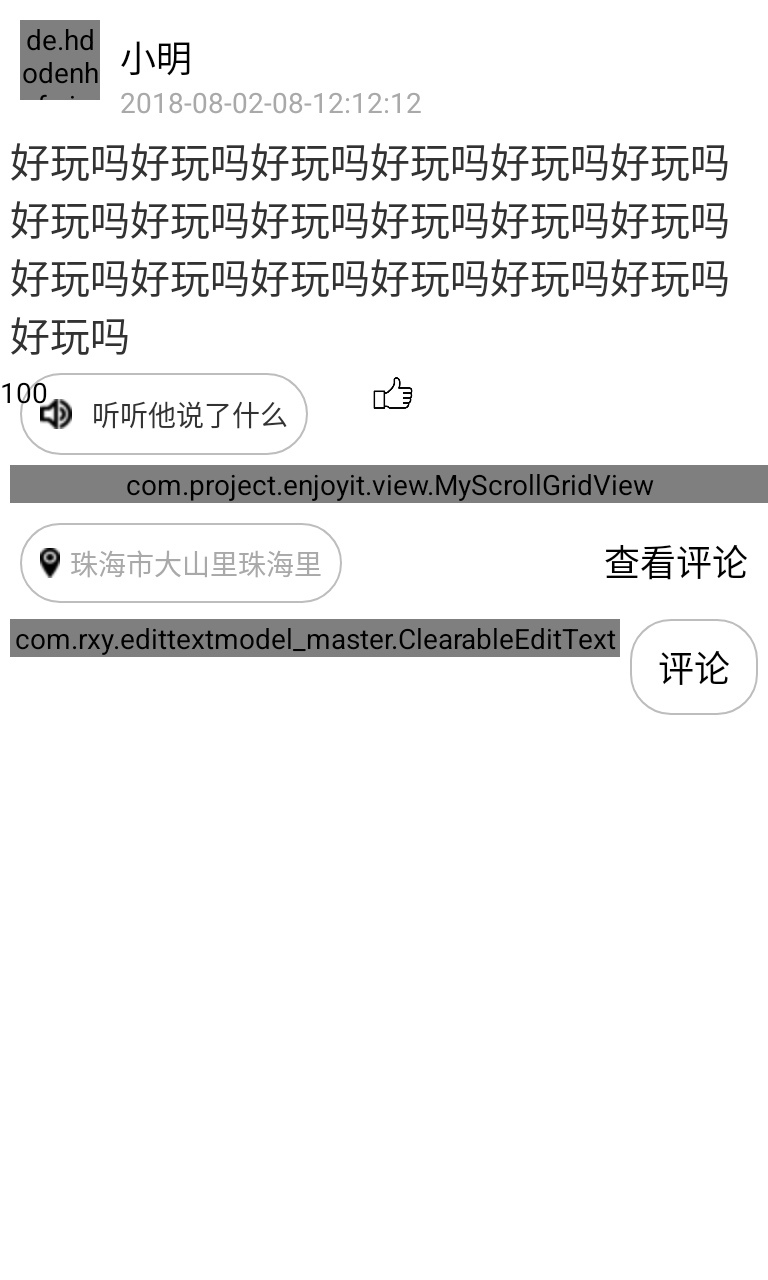
Repository: fatio/Nower
Layout: Android_Client_Source/EnjoyIt/res/layout/shows_list_item.xml
The author's editor kept a copy of each file at every save. The layout is drawn from the files as they stood at one save, then again after the next save.
Pictures or frames that could not be fetched are drawn as grey boxes. It is drawn on a 768 x 1280 px phone screen (xhdpi) without system bars, with theme AppTheme; the app's code is not run.

Above is the layout before, as saved 2015-12-27 07:36:25.

After the next save:
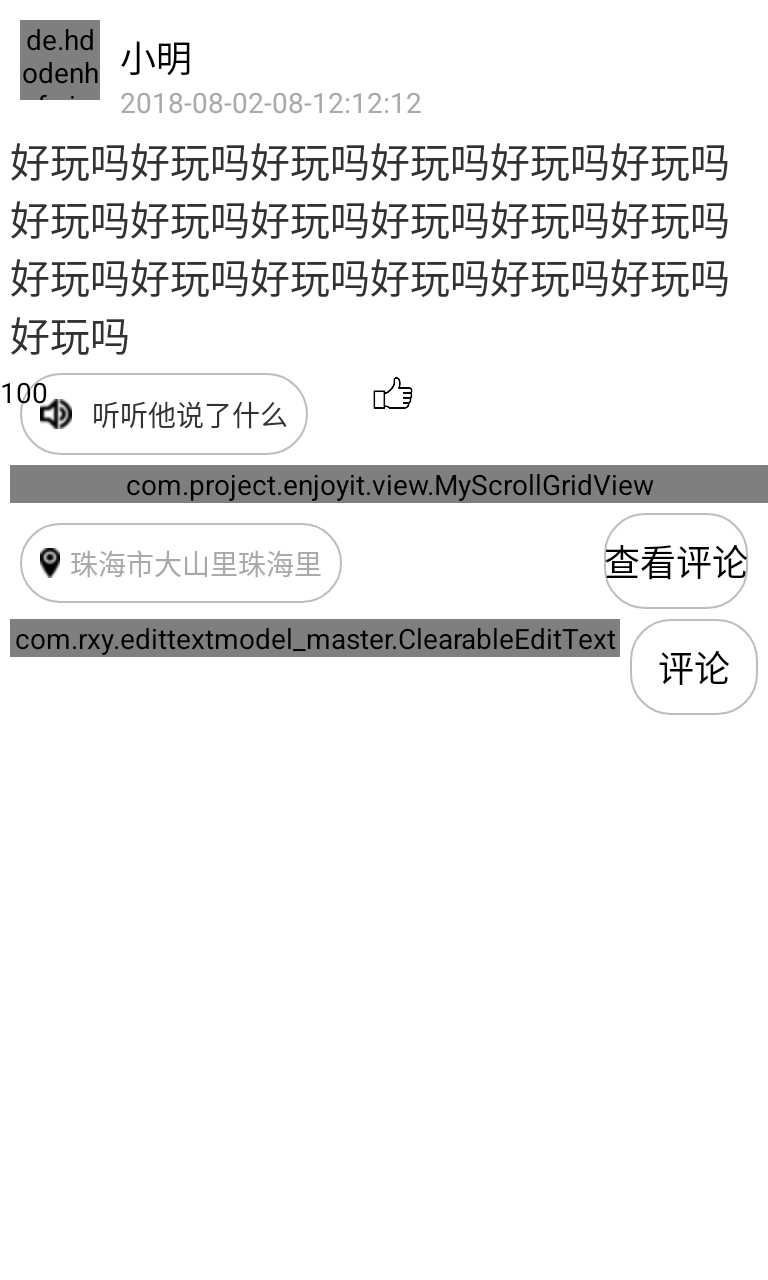
Saved 73 s later.
--- a/Android_Client_Source/EnjoyIt/res/layout/shows_list_item.xml
+++ b/Android_Client_Source/EnjoyIt/res/layout/shows_list_item.xml
@@ -142,7 +142,6 @@
             android:layout_height="wrap_content"
             android:layout_marginRight="10dp"
             android:background="@drawable/imageview_btn_item_selector"
-            android:background="@null"
             android:layout_alignParentRight="true"
             android:text="查看评论"
             android:textColor="@drawable/white_show" />
